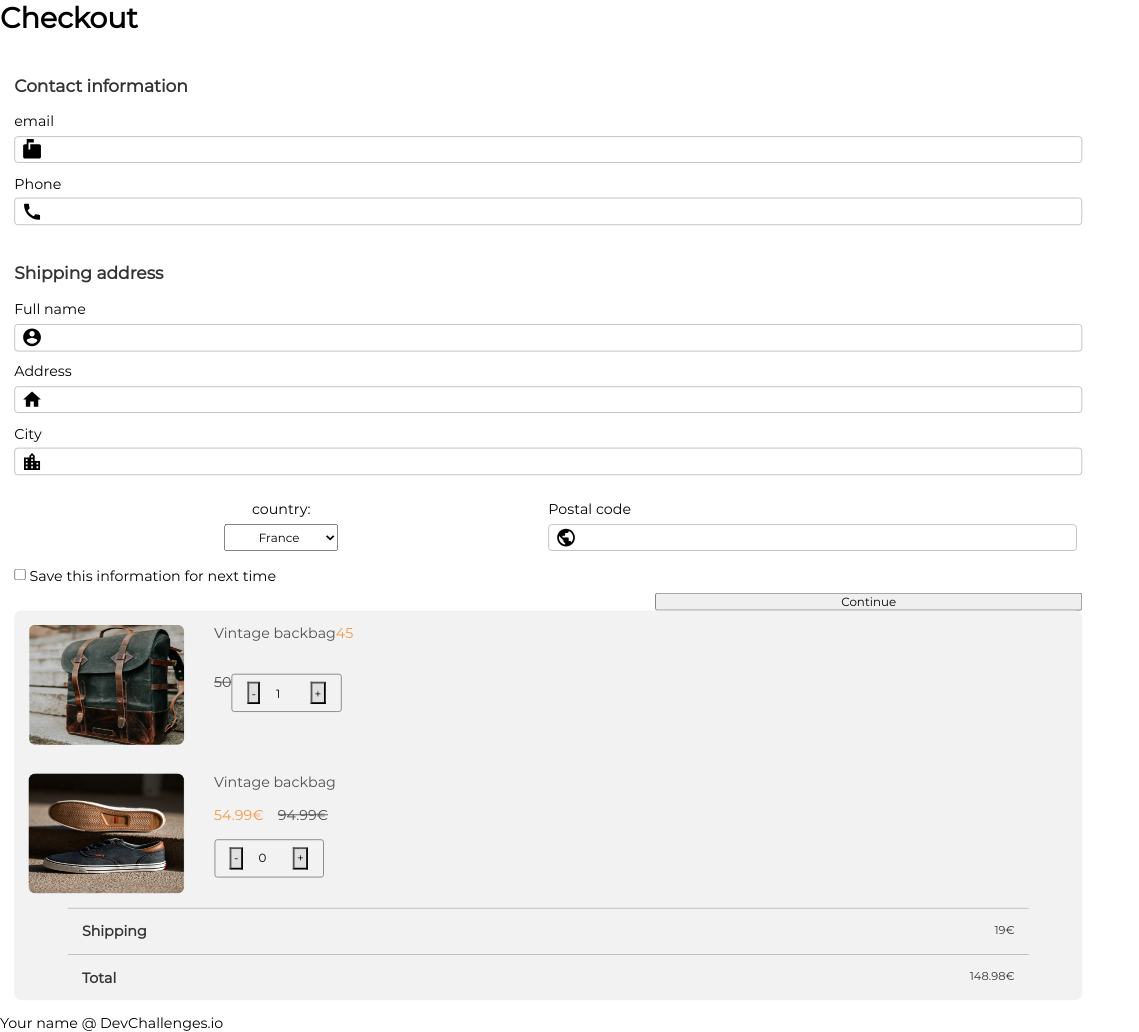
Repository: dubar-jeremy/checkout-page-master
Page: index.html
These files come from the project's save history. The page is drawn as it stood at one moment and after the next save; the edit follows.
The browser window is 1280 px wide. The pictures show the whole page, at 89% of full size.
The style sheet was rebuilt from its Sass, Less or Tailwind sources for each picture, by a compiler version that may differ from the author's.

Above is the page before, as saved 2021-02-05 23:55:11.

After the next save:
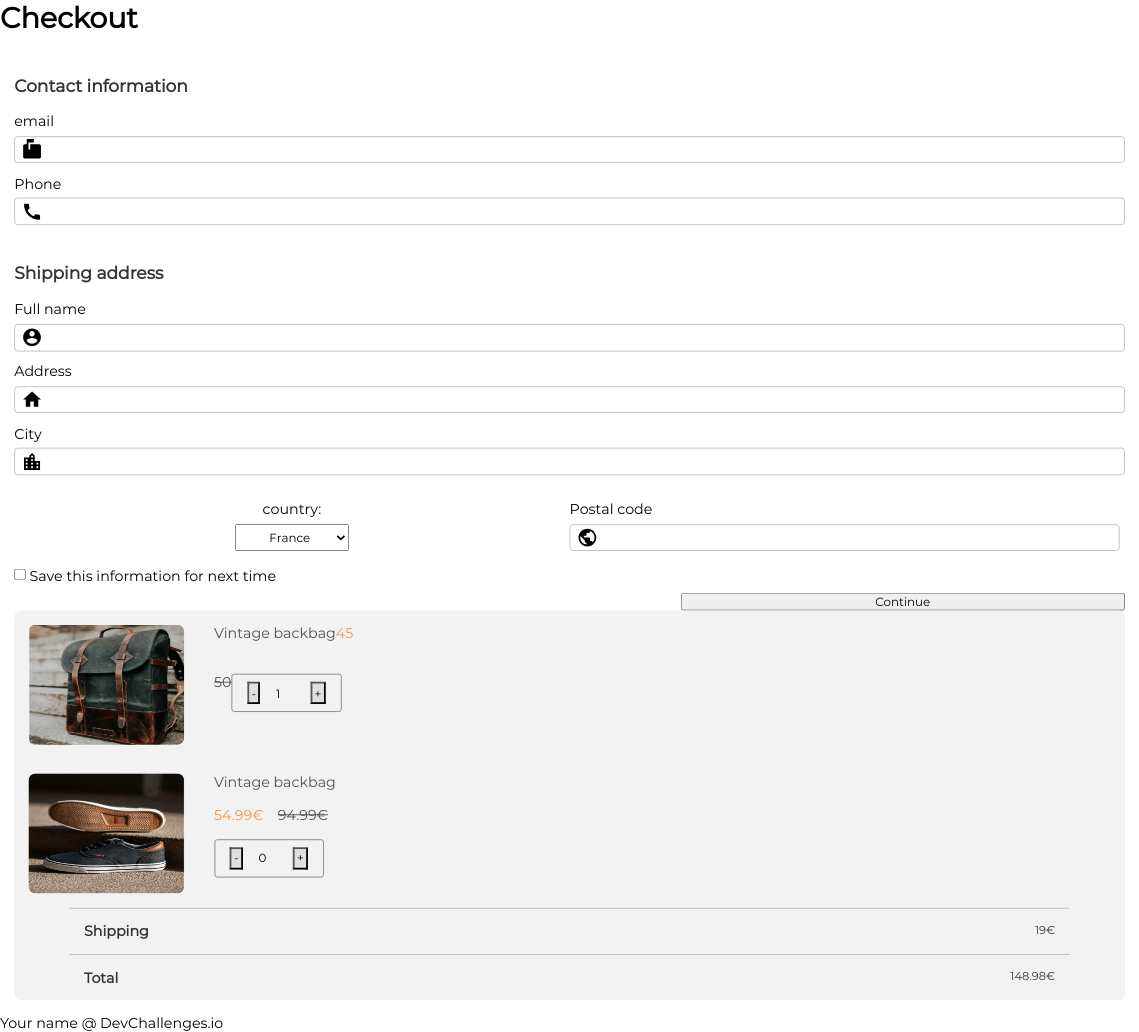
Saved 6 s later.
--- a/style/style.scss
+++ b/style/style.scss
@@ -31,7 +31,6 @@ $background-price: #f2f2f2;
 
 .grid-container {
   display: grid;
-  max-width: 1200px;
   grid-template-columns: 1fr;
   margin: 1em;
   h1 {
